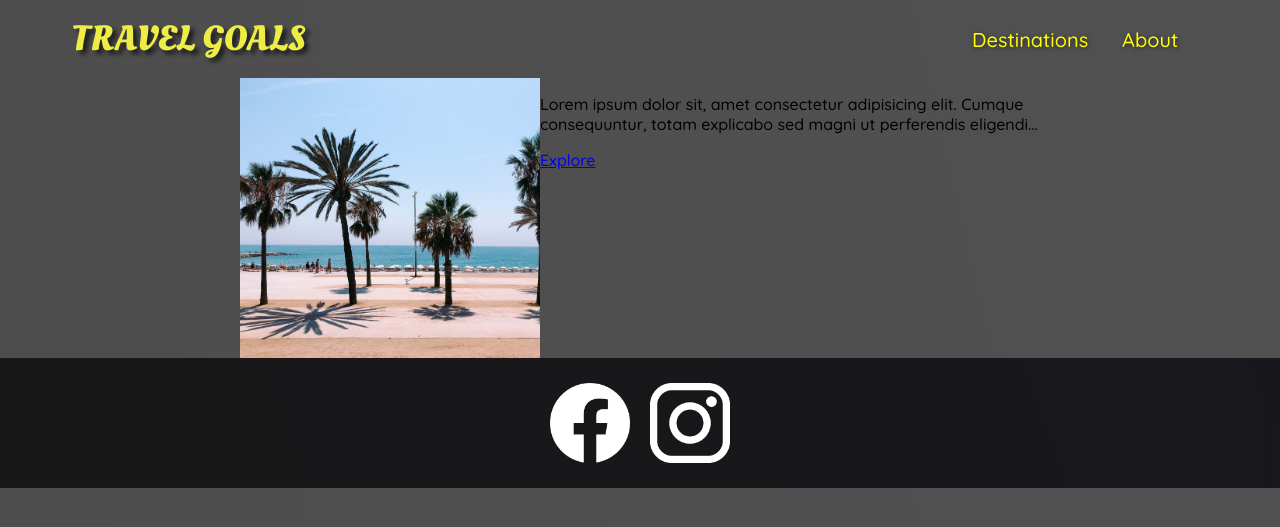
Repository: MicTomm/Travel-Goals
Page: places.html
An editor plug-in stored every save of this project. The page is shown before and after the next save, followed by the edit.
The browser window is 1280 px wide. The pictures show the whole page.

Above is the page before, as saved 2023-06-08 20:20:34.

### places.html
<!DOCTYPE html>
<html lang="it">

<head>
    <meta charset="UTF-8">
    <title>Travel Goals</title>
    <link rel="stylesheet"
        href="https://fonts.googleapis.com/css2?family=Raleway:wght@700&family=Oleo+Script:wght@700&family=Quicksand:wght@300;500&display=swap">
    <link href="/styles/shared.css" rel="stylesheet">
    <link href="/styles/places.css" rel="stylesheet">
</head>

<body>
    <header>
        <div id="logo">
            <a href="/index.html">Travel Goals</a>
        </div>
        <nav>
            <ul>
                <li><a href="/places.html">Destinations</a></li>
                <li><a href="">About</a></li>
            </ul>
        </nav>
    </header>
    <main>
        <ul>
            <li>
                <img src="images/places/barcelona.jpg" alt="Barcelona">
                <div class="card-content">
                    <p>Lorem ipsum dolor sit, amet consectetur adipisicing elit. Cumque consequuntur, totam explicabo sed magni ut perferendis eligendi...</p>
                    <div class="card-link">
                        <a href="https://en.wikipedia.org/wiki/Barcelona">Explore</a>
                    </div>
                </div>
            </li>
        </ul>
    </main>
    <footer>
        <ul>
            <li>
                <a href="https://www.facebook.com/" title="facebook">
                    <img src="/images/icons/facebook.png" alt="facebook-icon">
                </a>
            </li>
            <li>
                <a href="https://www.instagram.com/" title="instagram">
                    <img src="/images/icons/insta.png" alt="instagram-icon">
                </a>
            </li>
    </footer>
</body>

</html>

### styles/shared.css
body {
    margin: 0px;
    font-family: 'Quicksand', sans-serif;
}

ul {
    list-style: none;
    padding: 0px;
    margin: 0px;
}

header {
    display: flex;
    justify-content: space-between;
    align-items: center;
    padding: 15px 60px;
    position: absolute;
    width: 100%;
    top: 0;
    left: 0;
    box-sizing: border-box;
}

header ul {
    margin: 10px;
    display: flex;
    justify-content: space-between;
    width: 250px;
}

header li {
    width: 100px;
}

header a {
    color: yellow;
    text-decoration: none;
    font-size: 20px;
    padding: 12px;
    text-shadow: 1px 1px 4px rgba(0, 0, 0, 0.5);
}

header a:hover {
    background-color: yellow;
    box-shadow: 2px 2px 4px rgba(0, 0, 0, 0.5);
    color: rgb(67, 60, 60);
    text-shadow: 1px 1px 2px rgb(0, 0, 0, 0.5);
    border-radius: 8px;
}

footer{
    background: linear-gradient(70deg, rgb(24, 24, 24), rgb(23, 23, 29));
    padding: 25px;
}

footer ul{
    display: flex;
    justify-content: center;
}

footer li{
    width: 80px;
    height: 80px;
    margin: 0px 10px;
}

footer img{
    width: 100%;
    height: 100%;
}

#logo a {
    font-family: 'Oleo script', sans-serif;
    font-size: 35px;
    text-decoration: none;
    color: rgb(237, 237, 70);
    text-shadow: 4px 4px 4px rgb(31, 29, 29);
    text-transform: uppercase;
}

#logo a:hover {
    background-color: transparent;

}

### styles/places.css
body {
    background: linear-gradient(77deg, rgb(77, 77, 77), rgb(81, 81, 81));
}

/*
    position: static sovrascrive il comportamento impostato per l'header nel file shared.css, al fine
    di evitare la sovrapposizione delle prime card sull'header
*/
header {
    position: static;
}

main ul {
    width: 800px;
    margin: 0px auto;
}

main li {
    display: flex;
}

main li img {
    height: 280px;
    width: 300px;
    object-fit: cover;
}

.card-content{
    margin: 0px auto;
}

.card-link{
    text-decoration: none;
}

After the next save:
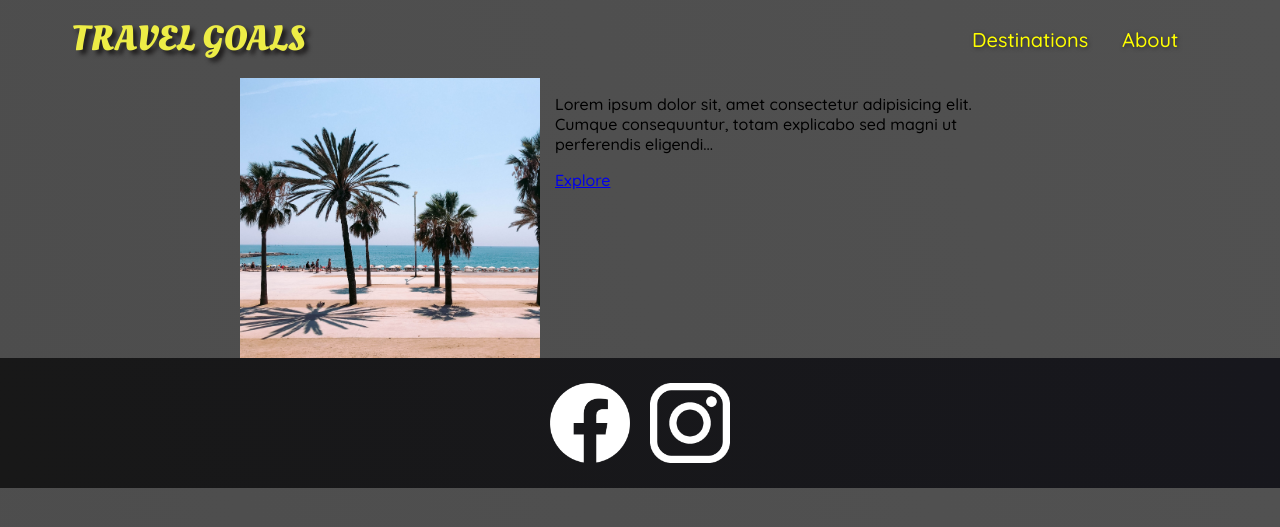
Saved 25 s later.
--- a/styles/places.css
+++ b/styles/places.css
@@ -26,7 +26,7 @@ main li img {
 }
 
 .card-content{
-    margin: 0px auto;
+    margin: 0px 15px;
 }
 
 .card-link{
